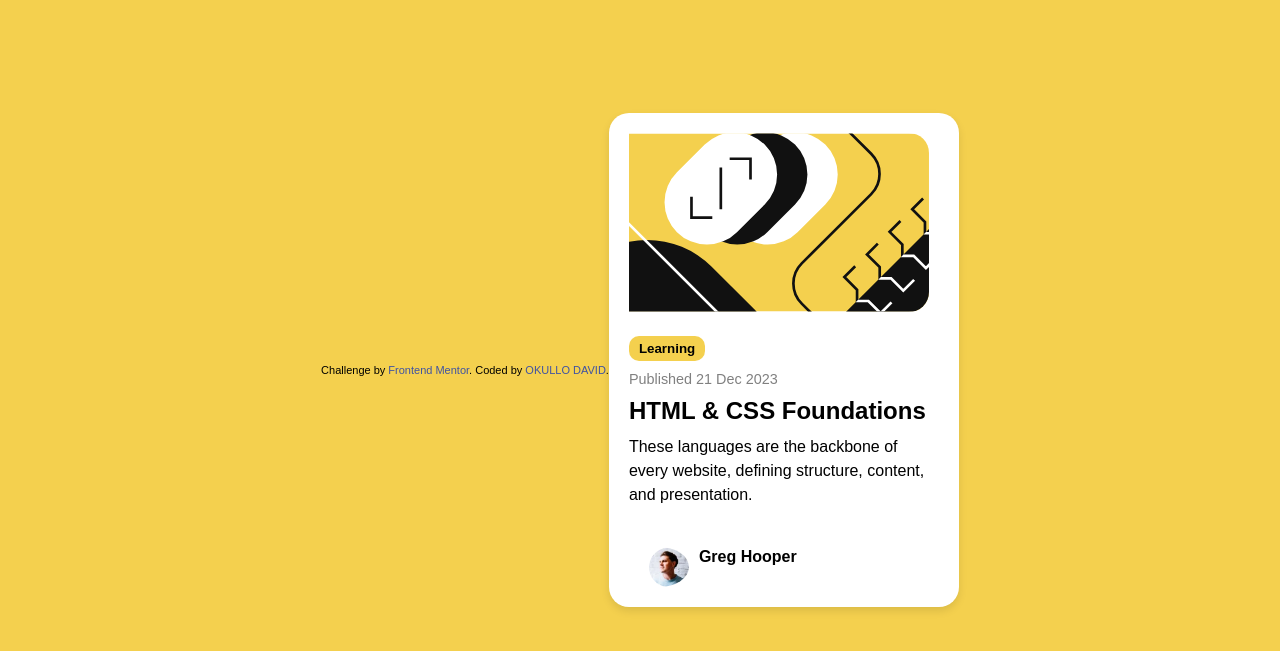
Repository: Dayvid0/FRONTEND_MENTOR_CHALLENGES
Page: index.html
These files come from the project's save history. The page is drawn as it stood at one moment and after the next save; the edit follows.
The browser window is 1280 px wide. The pictures show the whole page.

Above is the page before, as saved 2025-03-13 15:11:14.

After the next save:
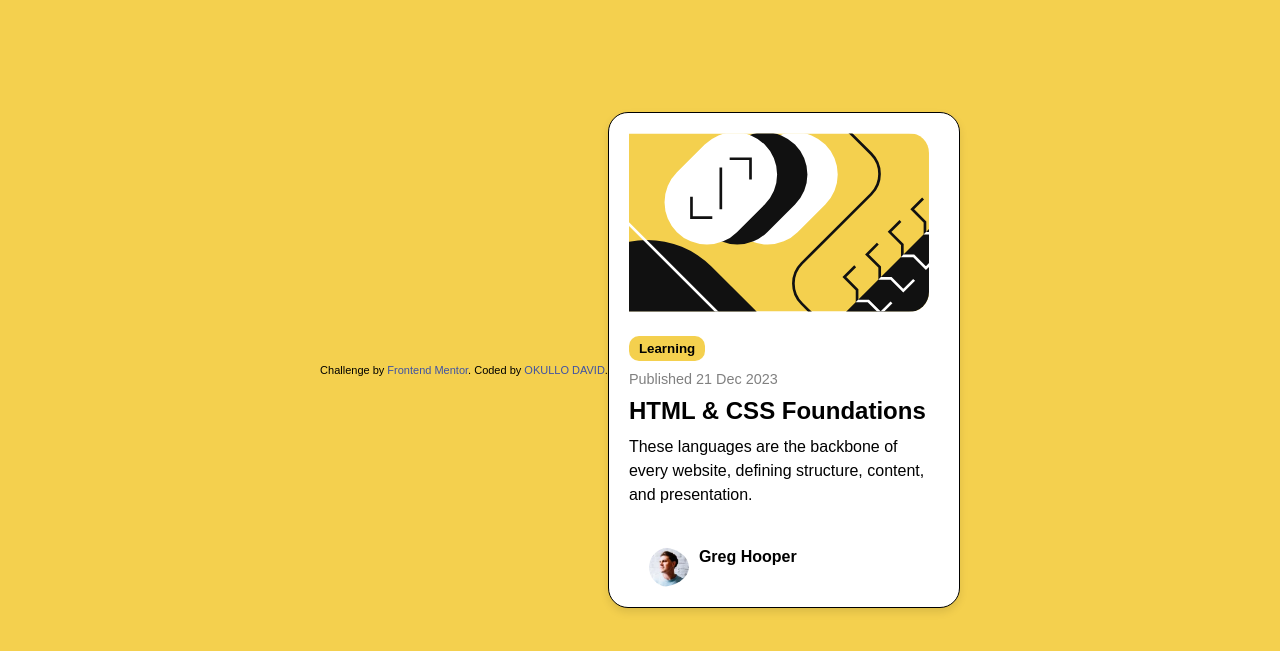
Saved 5 s later.
--- a/index.html
+++ b/index.html
@@ -21,7 +21,7 @@
       max-width: 350px;
       border-radius: 20px;
       overflow: hidden;
-      border: black bold;
+      border: black solid 1px;
       box-shadow: 0 4px 8px rgba(0, 0, 0, 0.1);
     }
     .card img {
